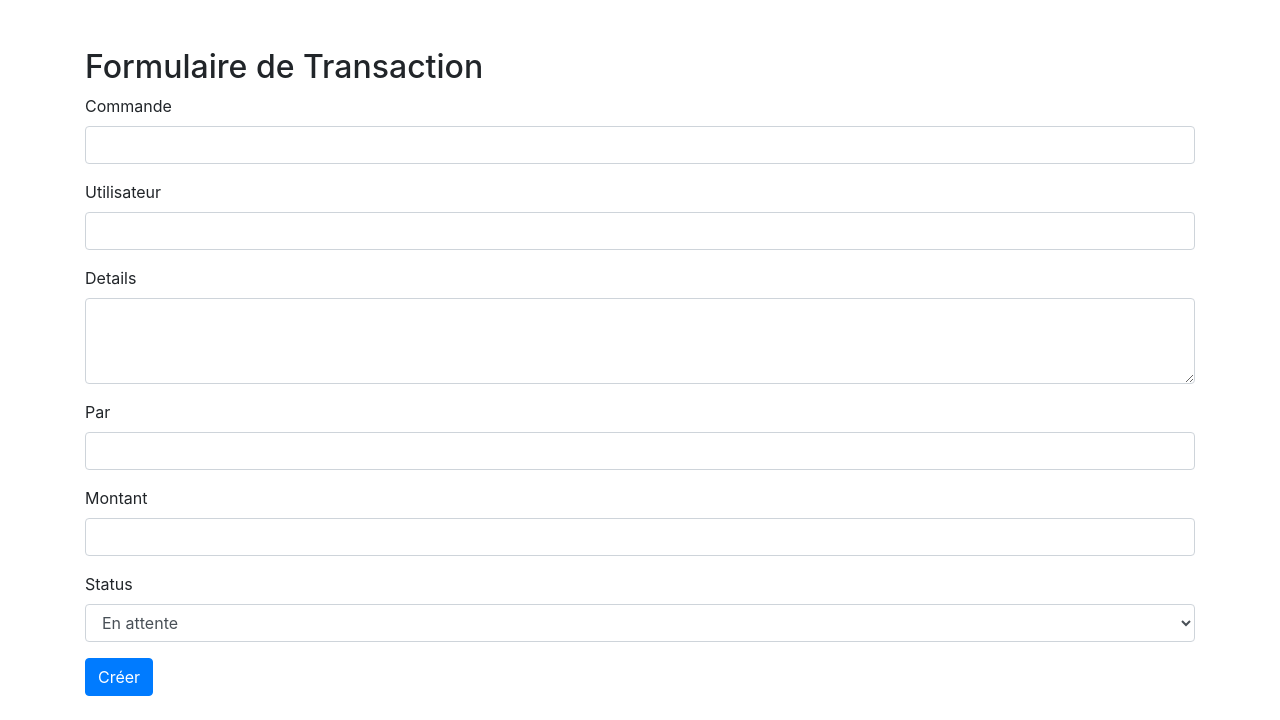
Repository: DIOMANDEMohamed/tp-web
Page: http://localhost/formulaire
These files come from the project's save history. The page is drawn as it stood at one moment and after the next save; the edit follows.
The browser window is 1280 px wide. The pictures show the whole page.
The page is served by the project's Laravel application, run on PHP 8.4 with Laravel 12.

Above is the page before, as saved 2024-06-07 15:33:33.

After the next save:
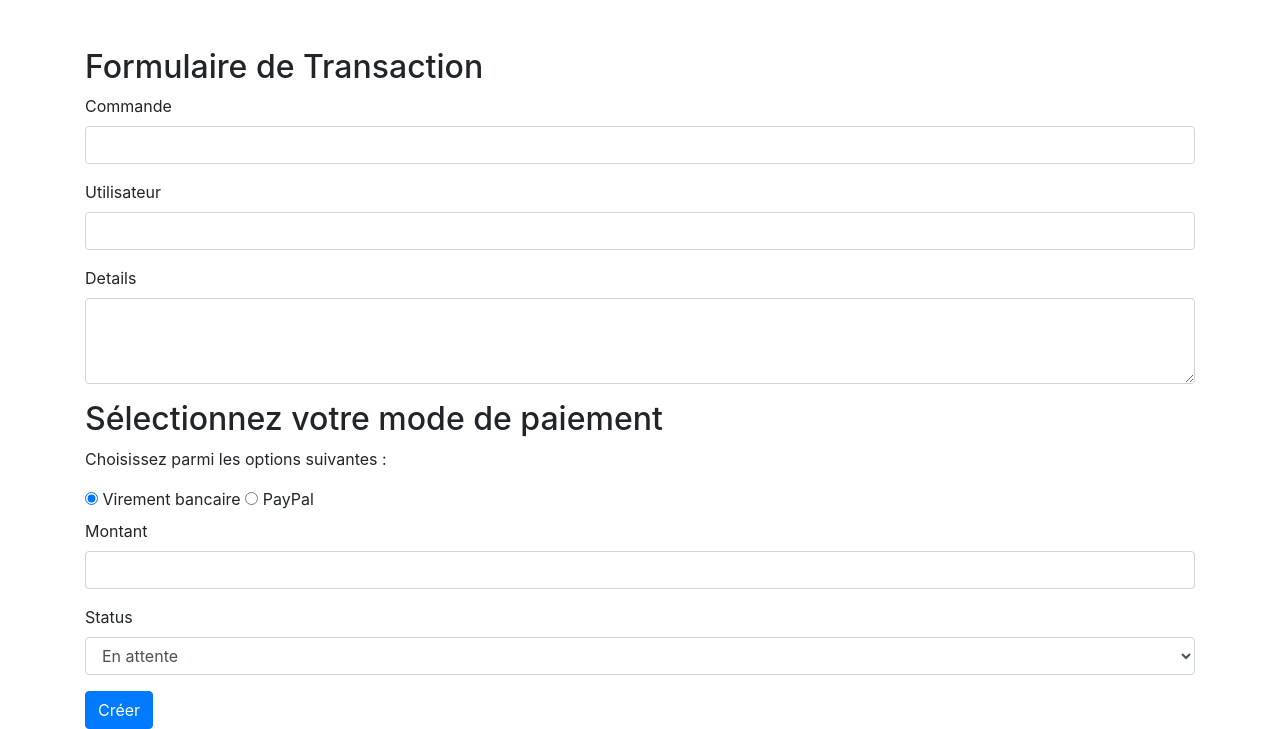
Saved 10 min 46 s later.
--- a/resources/views/transaction/formulaire.blade.php
+++ b/resources/views/transaction/formulaire.blade.php
@@ -23,10 +23,21 @@
                 <label for="details">Details</label>
                 <textarea class="form-control" id="details" name="details" rows="3" required></textarea>
             </div>
-            <div class="form-group">
-                <label for="par">Par</label>
-                <input type="text" class="form-control" id="par" name="par" required>
-            </div>
+            <div class="payment-method-block">
+                <h2>Sélectionnez votre mode de paiement</h2>
+                <p>Choisissez parmi les options suivantes :</p>
+
+                <label for="payment-method-virement">
+                  <input type="radio" id="payment-method-virement" name="payment-method" value="virement" checked>
+                  Virement bancaire
+                </label>
+
+                <label for="payment-method-paypal">
+                  <input type="radio" id="payment-method-paypal" name="payment-method" value="paypal">
+                  PayPal
+                </label>
+              </div>
+
             <div class="form-group">
                 <label for="montant">Montant</label>
                 <input type="number" class="form-control" id="montant" name="montant" required>
